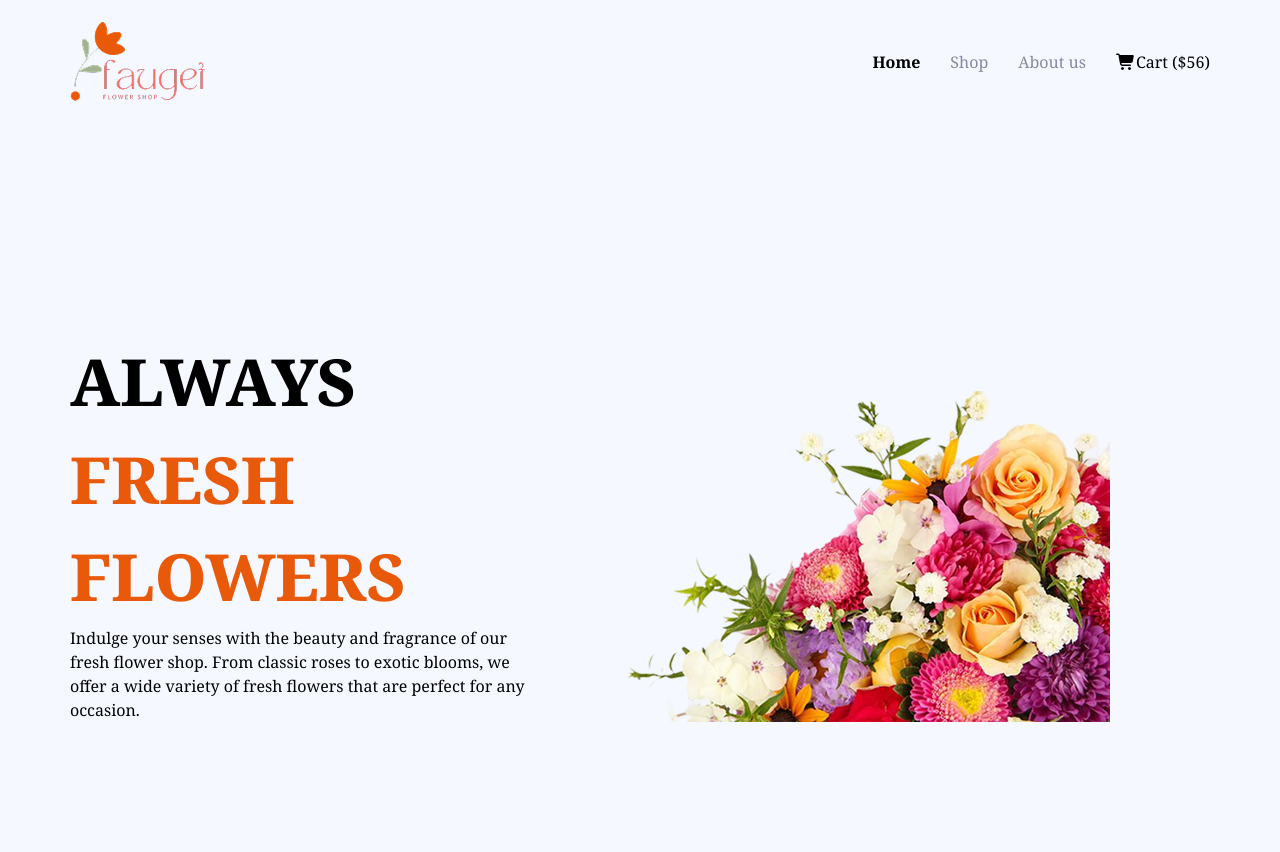
Repository: nahid-hasann/website-7
Page: index.html
An editor plug-in stored every save of this project. The page is shown before and after the next save, followed by the edit.
The browser window is 1280 px wide. The pictures show the whole page.
Some web libraries are served in a nearby version.

Above is the page before, as saved 2025-07-23 23:15:59.

After the next save:
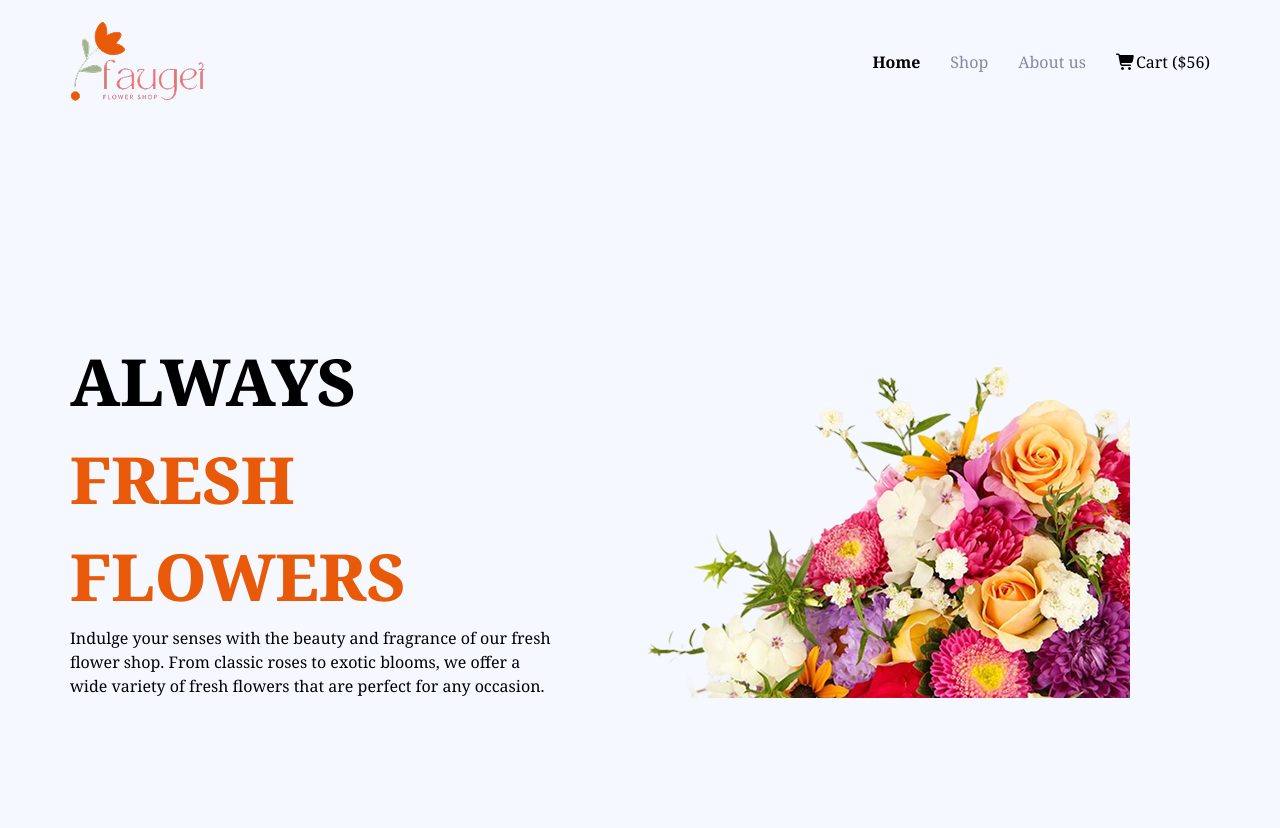
Saved 4 s later.
--- a/style.css
+++ b/style.css
@@ -71,7 +71,7 @@ nav{
 }
 
 .banner-description{
-    max-width: 470px;
+    max-width: 490px;
 }
 
 .banner-description h1{
